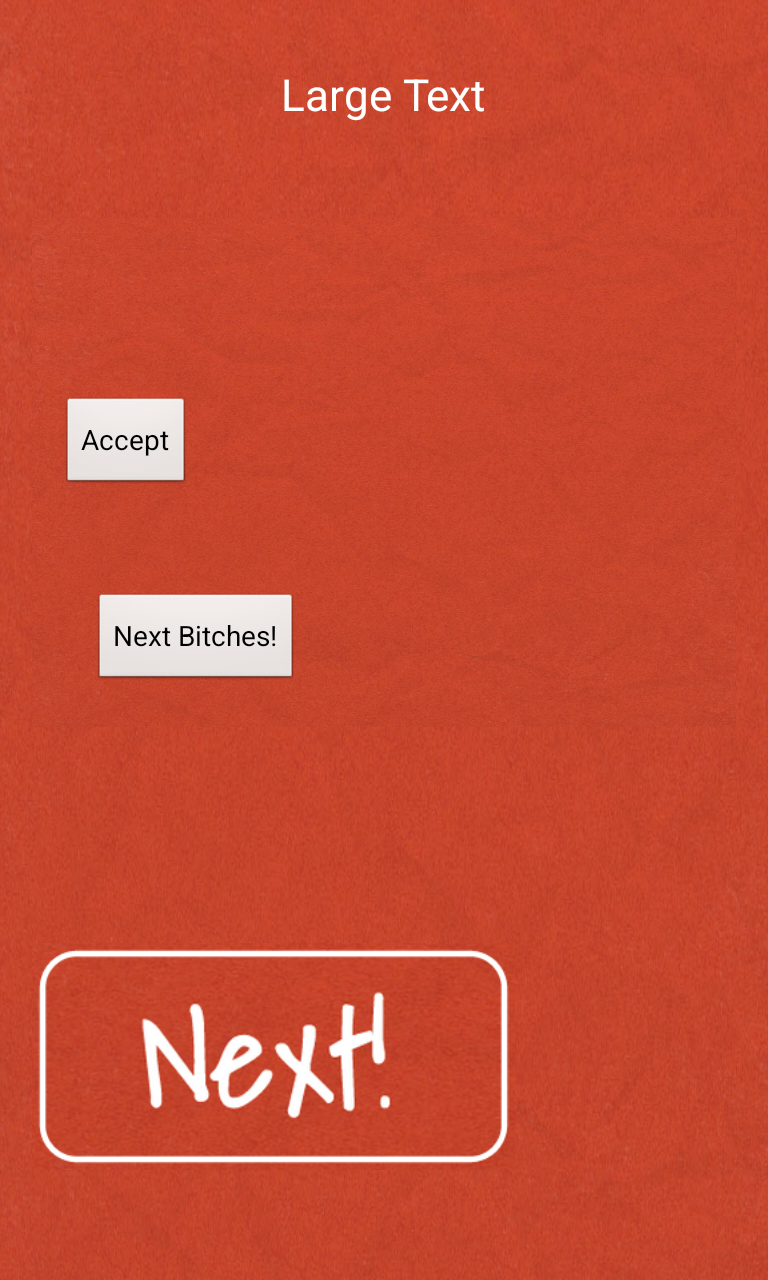
Repository: imhossu/FeedJulia
Layout: FeedJulia/res/layout/activity_place.xml
These files come from the project's save history. The layout is drawn as it stood at one moment and after the next save; the edit follows.
It is drawn on a 768 x 1280 px phone screen (xhdpi) without system bars, with theme android:Theme.NoTitleBar; the app's code is not run.

Above is the layout before, as saved 2014-01-26 05:23:17.

After the next save:
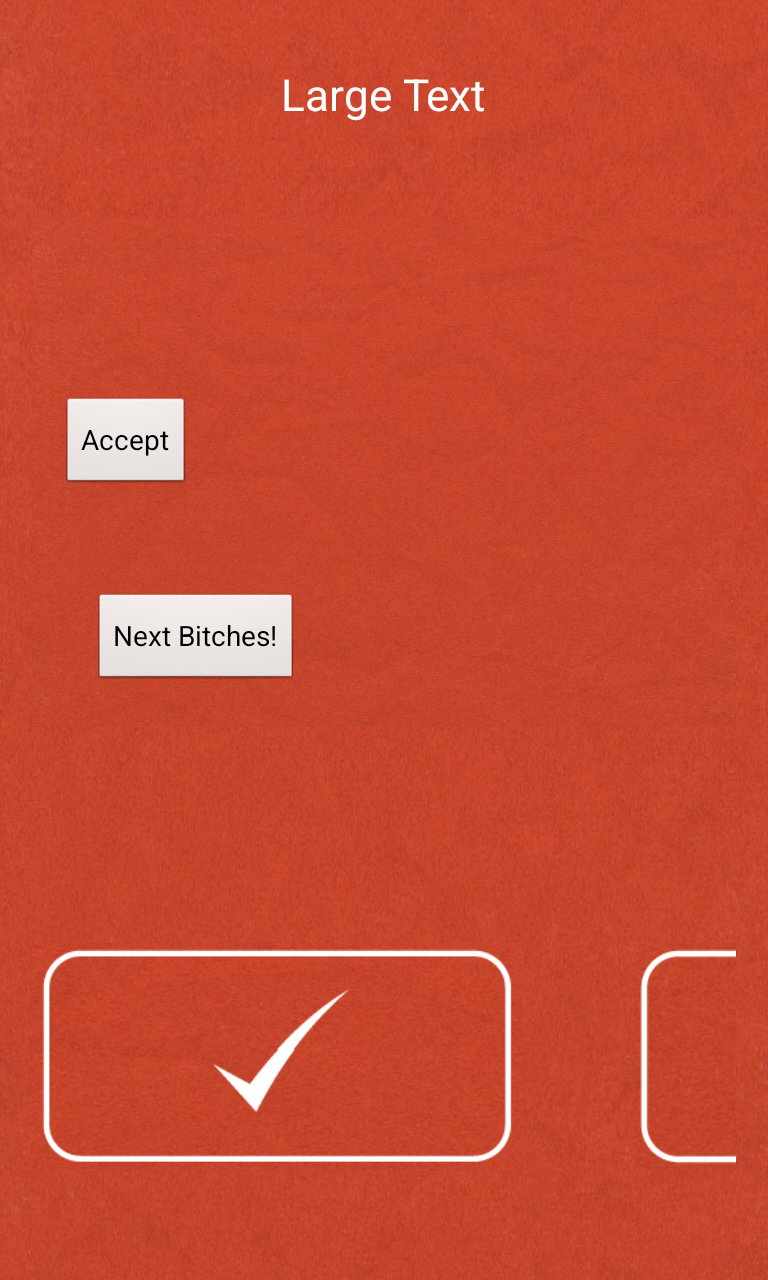
Saved 26 s later.
--- a/FeedJulia/res/layout/activity_place.xml
+++ b/FeedJulia/res/layout/activity_place.xml
@@ -59,7 +59,10 @@
 
         <ImageView
             android:id="@+id/acceptResult"
-            android:src="@drawable/accept" />
+            android:src="@drawable/accept"
+            android:layout_width="0dp"
+        	android:layout_height="wrap_content"
+        	android:layout_weight="50"/>
 
         <ImageView
             android:id="@+id/nextResult"
